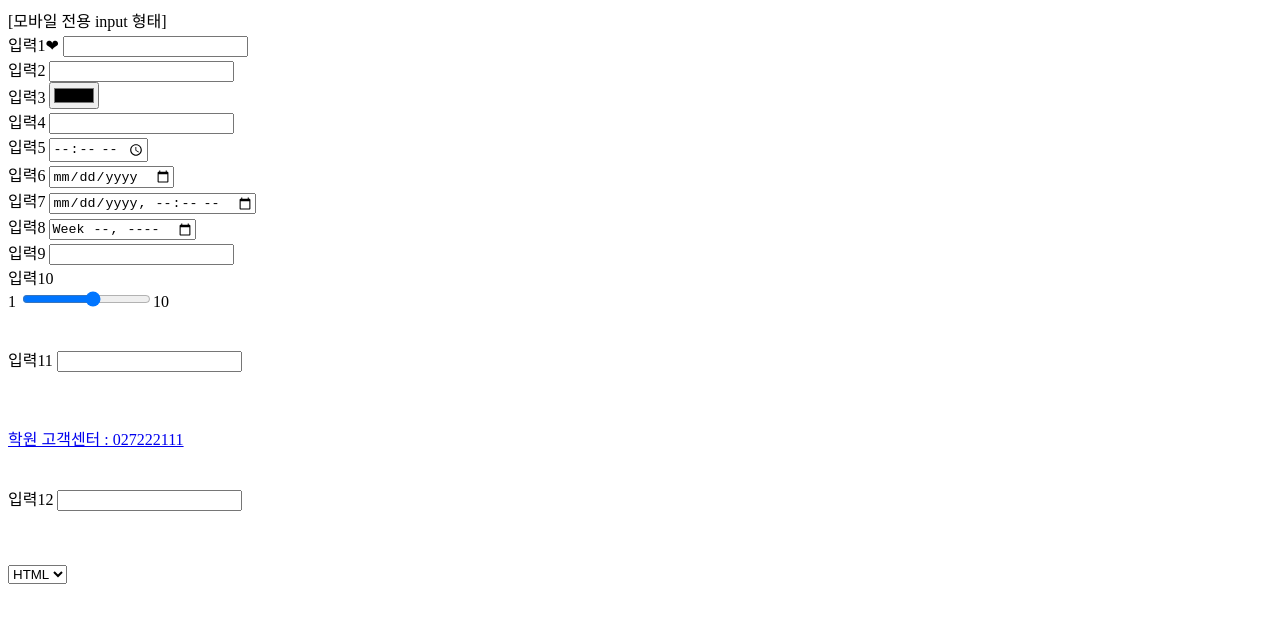
Repository: mnemion/BackendClass
Page: web/src/main/webapp/m/index.html
An editor plug-in stored every save of this project. The page is shown before and after the next save, followed by the edit.
The browser window is 1280 px wide. The pictures show the whole page.

Above is the page before, as saved 2023-08-31 06:29:31.

### web/src/main/webapp/m/index.html
<!DOCTYPE html>
<html lang="ko">
<head>
<meta charset="UTF-8">
<meta name="viewport" content="width=device-width, initial-scale=1.0">
<title>모바일 전용 웹페이지</title>
</head>
<body>
[모바일 전용 input 형태]<br>
입력1❤ <input type="text"><br>		<!-- 일반 입력 (P, M) -->
입력2 <input type="number"><br>	<!-- 숫자만 입력 (M) -->
입력3 <input type="color"><br>	<!-- 색상선택 (P, M) -->
입력4 <input type="tel"><br>		<!-- 전화번호 (M) -->
입력5 <input type="time"><br>		<!-- 시간선택 (P, M) -->
입력6 <input type="date"><br>		<!-- 날짜선택 (P, M) -->
입력7 <input type="datetime-local"><br>	<!-- 날짜, 시간 동시에 입력 (P, M) -->
입력8 <input type="week"><br>		<!-- 몇 주차 (P, M) [ios에서 작동불능] -->
입력9 <input type="email"><br>	<!-- 이메일 (P, M) -->
입력10 <br>		<!-- 수량, 크기 범위 선택 (P, M) -->
<form oninput="sound2.value=parseInt(sound.value)">
1 <input type="range" id="sound" min="1" max="10">10<br>
<output for="sound" name="sound2"></output>
<br><br>
</form>
입력11 <input type="url"><br>		<!-- 도메인, 블로그 등 웹 경로 (M) -->
<br><br><br>
<a href="tel:027222111">학원 고객센터 : 027222111</a><br>
<br><br>
입력12 <input type="text" name="product" list="subject"><br>
<datalist id="subject">
	<option value="HTML">HTML</option>
	<option value="JSP">JSP</option>
	<option value="JS">JS</option>
	<option value="JAVA">JAVA</option>
</datalist>
<br><br><br>
<select>
	<option value="HTML">HTML</option>
	<option value="JSP">JSP</option>
	<option value="JS">JS</option>
	<option value="JAVA">JAVA</option>
</select>
</body>
</html>

After the next save:
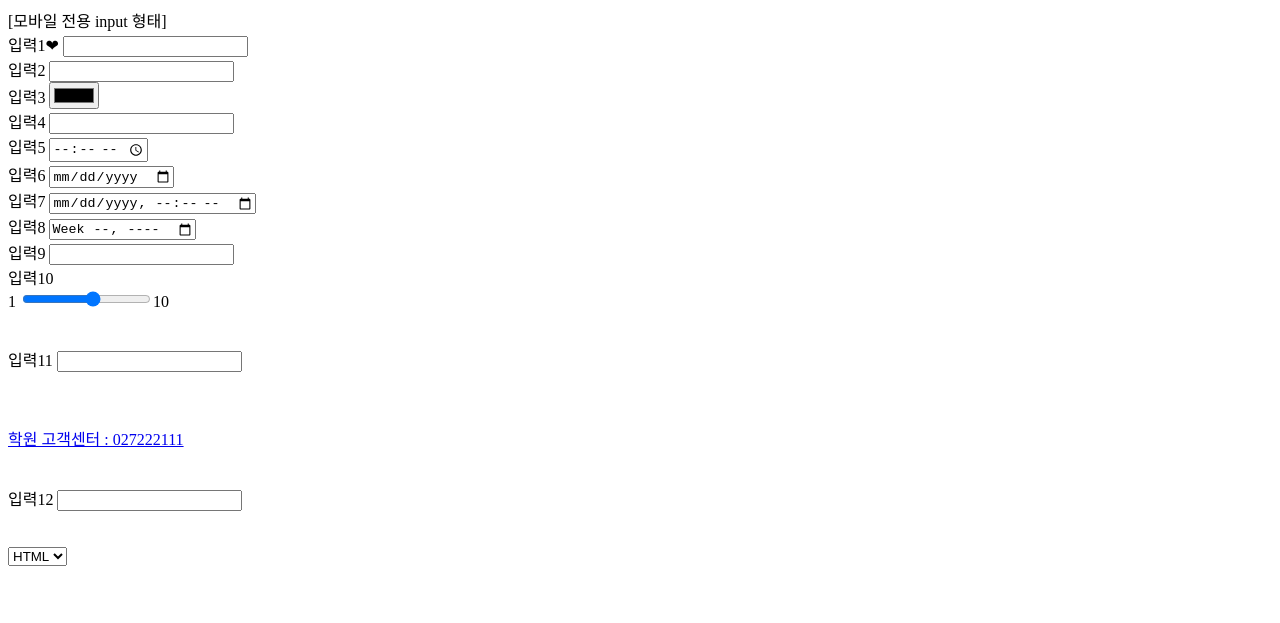
Saved 19 s later.
--- a/web/src/main/webapp/m/index.html
+++ b/web/src/main/webapp/m/index.html
@@ -33,7 +33,7 @@
 	<option value="JS">JS</option>
 	<option value="JAVA">JAVA</option>
 </datalist>
-<br><br><br>
+<br><br>
 <select>
 	<option value="HTML">HTML</option>
 	<option value="JSP">JSP</option>
